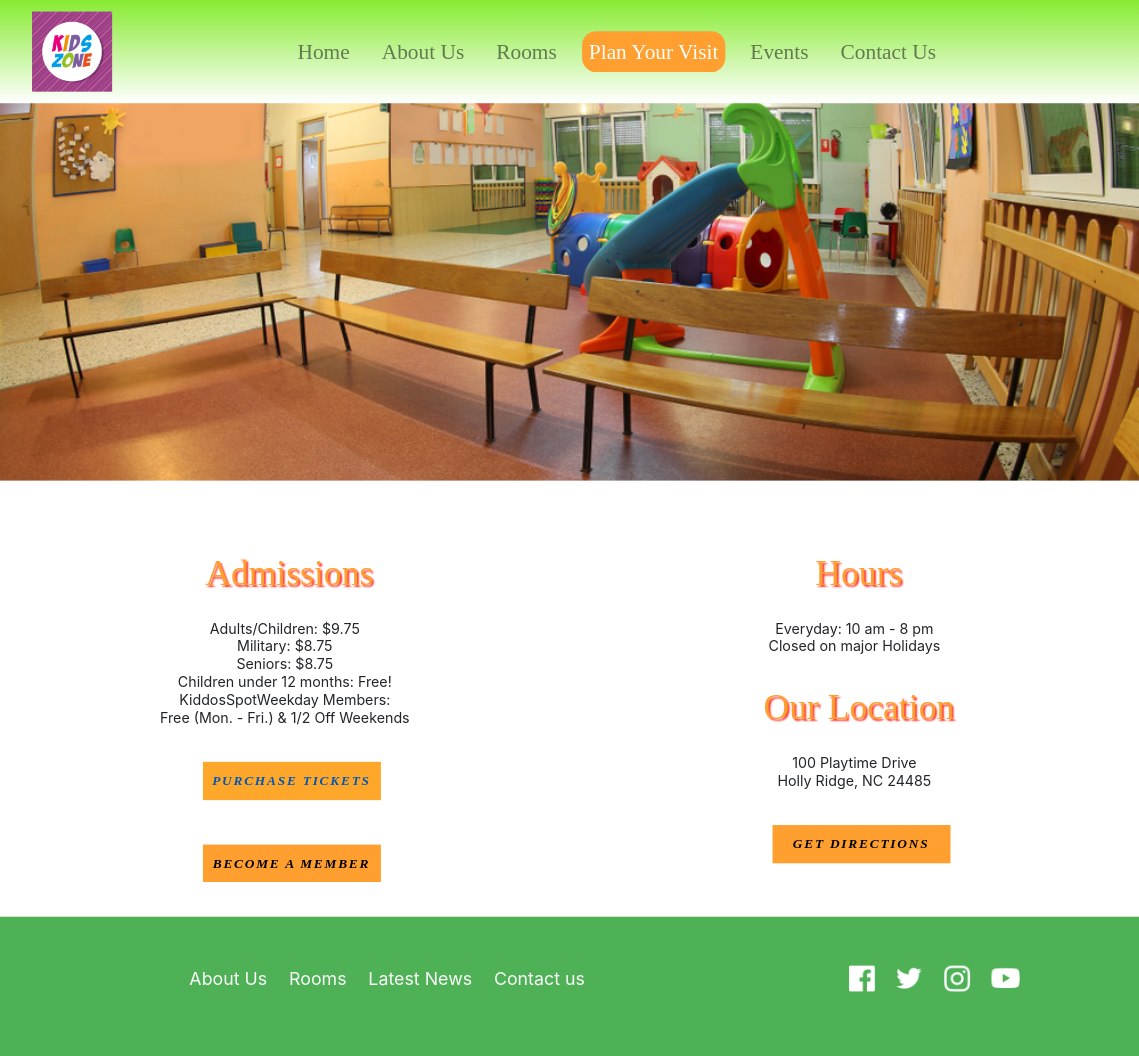
Repository: Code-Institute-Submissions/my-first-frontend-milestone-project
Page: planyourvisit.html
The author's editor kept a record of every edit. The page is drawn from the files as they stood at one moment, then again after the next edit.
The browser window is 1280 px wide. The pictures show the whole page, at 89% of full size.
The pointer rests on the first visible `.gettickets-btn`.
Some web fonts or font styles are not loaded; a fallback is used.

Above is the page before.

After the next edit:
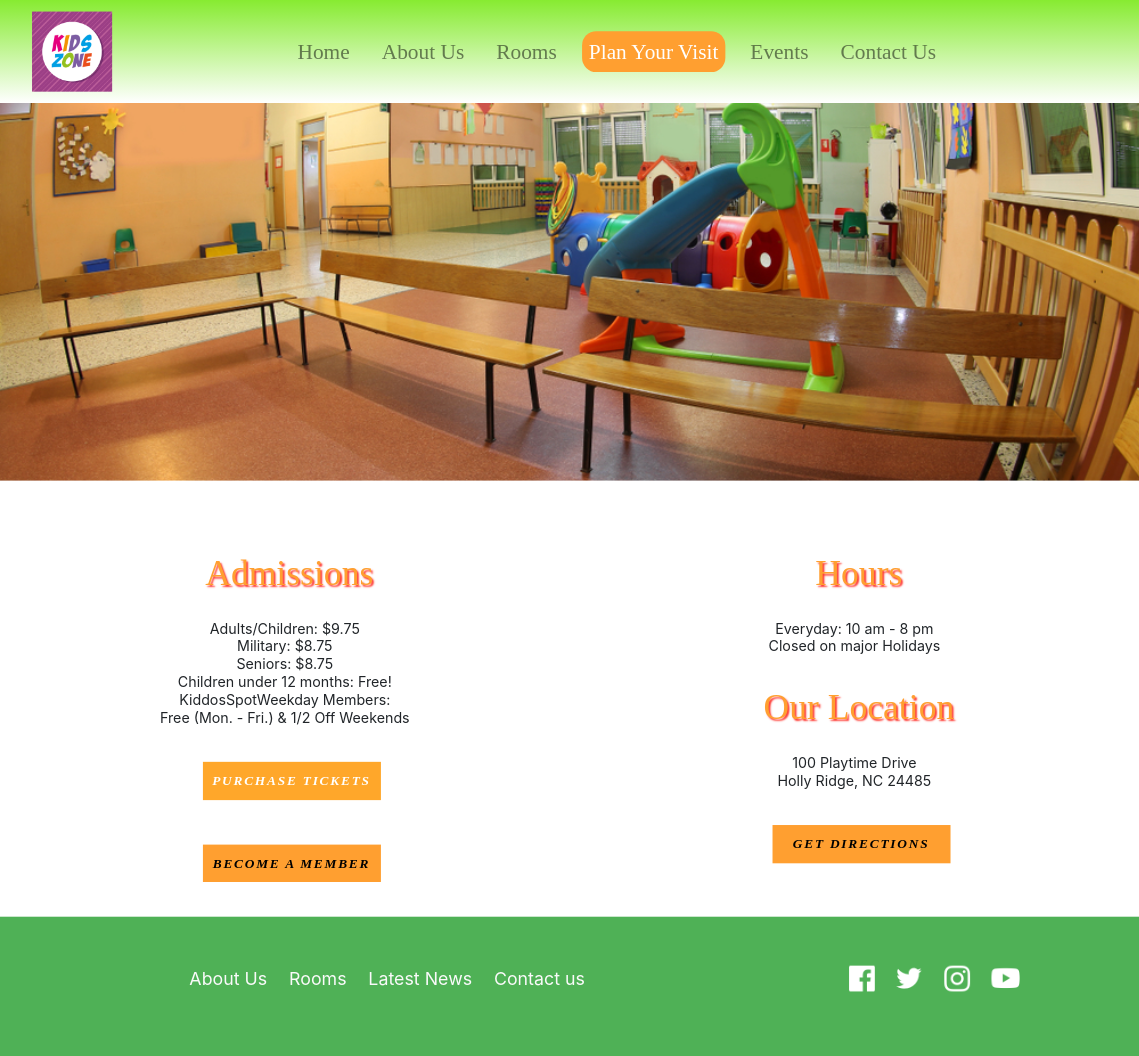
The edit:
--- a/css/style.css
+++ b/css/style.css
@@ -489,7 +489,7 @@
 
  .gettickets-btn:hover {
     background:#FFA72A;   /*#FF9F30;*/
-    /*color:white;*/
+    color:white;
     text-decoration: none;
 }
 
